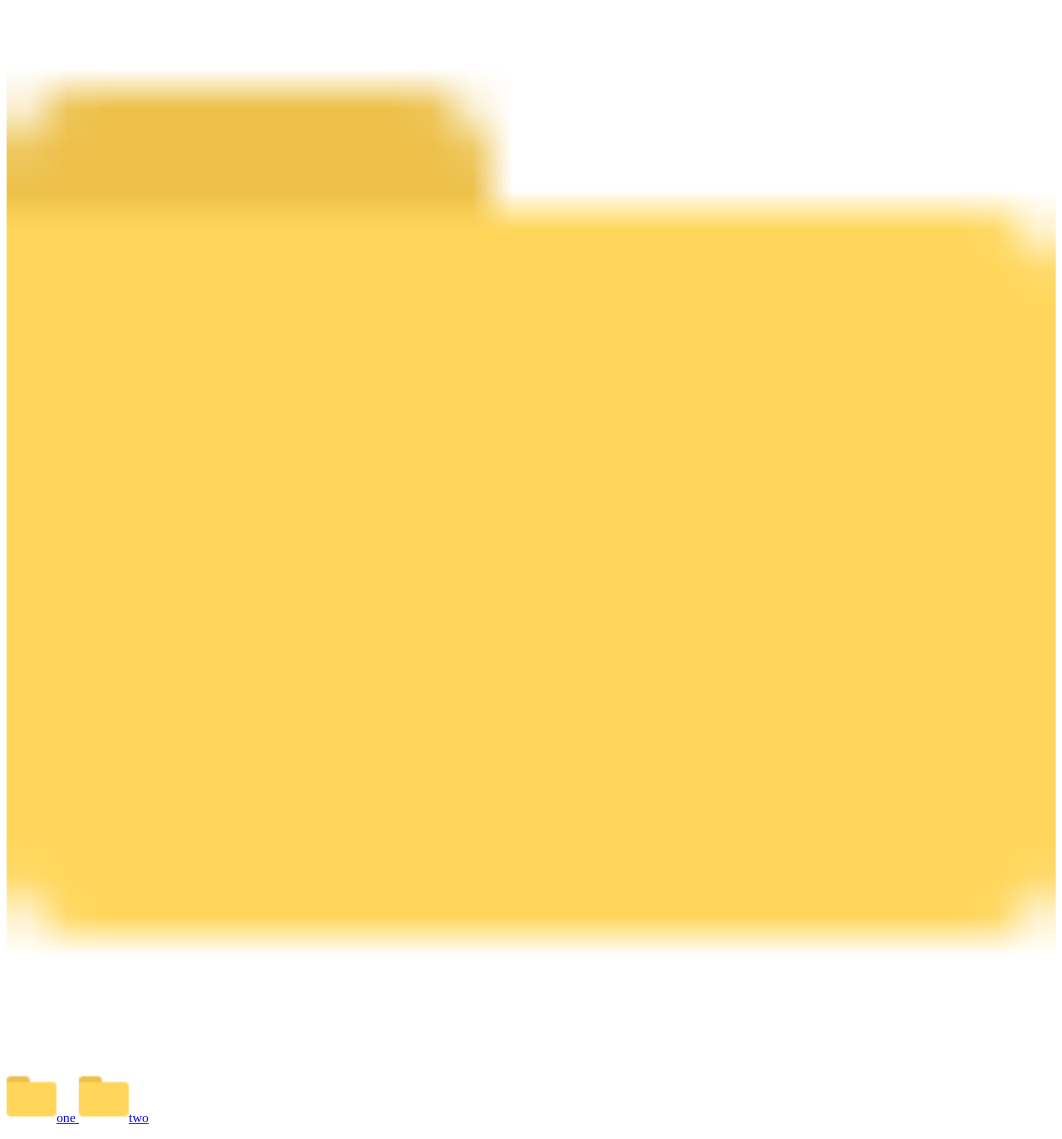
Repository: fixbb/workspace
Page: 005百度云盘项目/demo.html
These files come from the project's save history. The page is drawn as it stood at one moment and after the next save; the edit follows.
The browser window is 1280 px wide. The pictures show the whole page, at 83% of full size.

Above is the page before, as saved 2021-08-23 15:27:43.

### 005百度云盘项目/demo.html
<!DOCTYPE html>
<html lang="en">
<head>
    <meta charset="UTF-8">
    <meta http-equiv="X-UA-Compatible" content="IE=edge">
    <meta name="viewport" content="width=device-width, initial-scale=1.0">
    <title>百度云盘主目录</title>
</head>
<body>
    <img src="./imgs/file.png" width="100%">
    <p>
        <a href="./one/one.html">
            <img src="imgs/file.png" width="60px">one
        </a>
        <a href="./two/two.html">
            <img src="imgs/file.png" width="60px">two
        </a>
    </p>
</body>
</html>

After the next save:
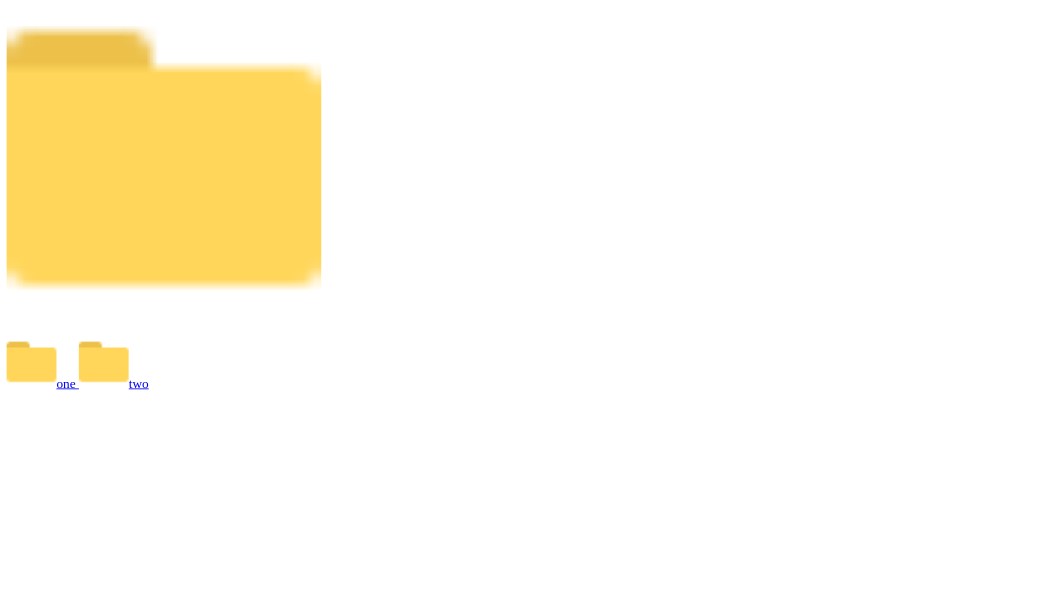
Saved 24 s later.
--- a/005百度云盘项目/demo.html
+++ b/005百度云盘项目/demo.html
@@ -7,7 +7,7 @@
     <title>百度云盘主目录</title>
 </head>
 <body>
-    <img src="./imgs/file.png" width="100%">
+    <img src="./imgs/file.png" width="30%">
     <p>
         <a href="./one/one.html">
             <img src="imgs/file.png" width="60px">one
